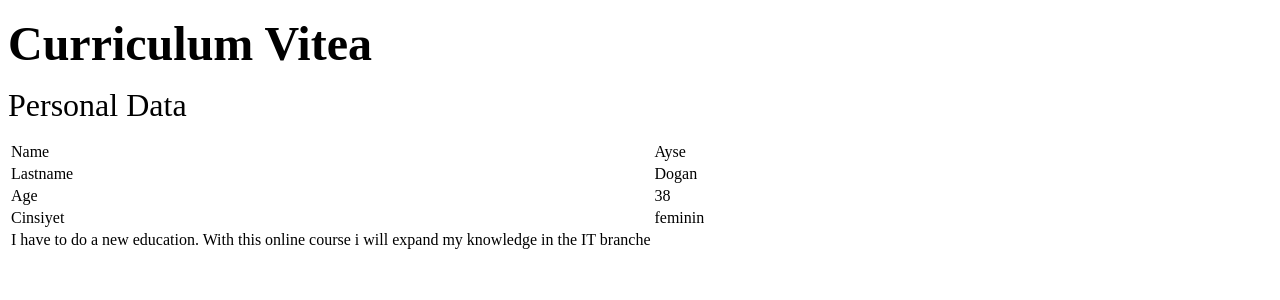
Repository: aysedo/html
Page: Week_2/profile/index.html
The author's editor kept a copy of each file at every save. The page is drawn from the files as they stood at one save, then again after the next save.
The browser window is 1280 px wide. The pictures show the whole page.

Above is the page before, as saved 2021-08-25 21:04:57.

After the next save:
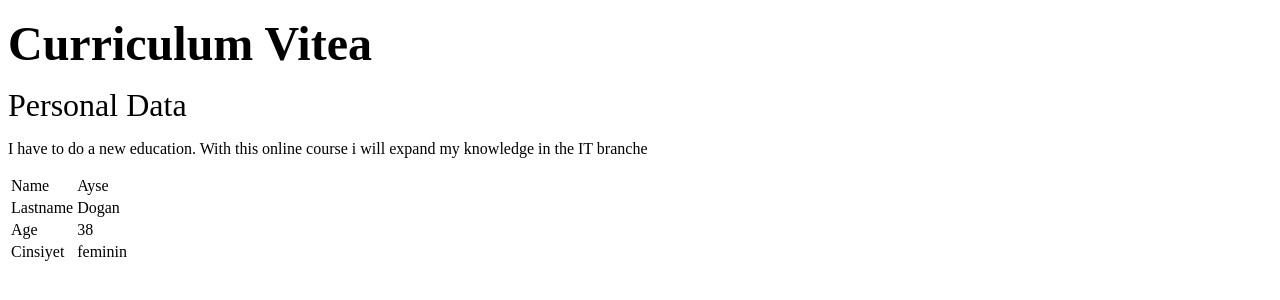
Saved 2 min 22 s later.
--- a/Week_2/profile/index.html
+++ b/Week_2/profile/index.html
@@ -24,15 +24,8 @@
           <td>Cinsiyet</td>
           <td>feminin</td>
           <tr/>
-          <td>I have to do a new education. With this online course i will expand my knowledge in the IT branche</td>
-          <td></td>
-          <td></td>
-          <td></td>
-          <td></td>
-          <td></td>
-          <td></td>
-          <td></td>
-          <td></td>
+          <p>I have to do a new education. With this online course i will expand my knowledge in the IT branche</p>
+
           <address> </address>
         </tr>
       </table>
